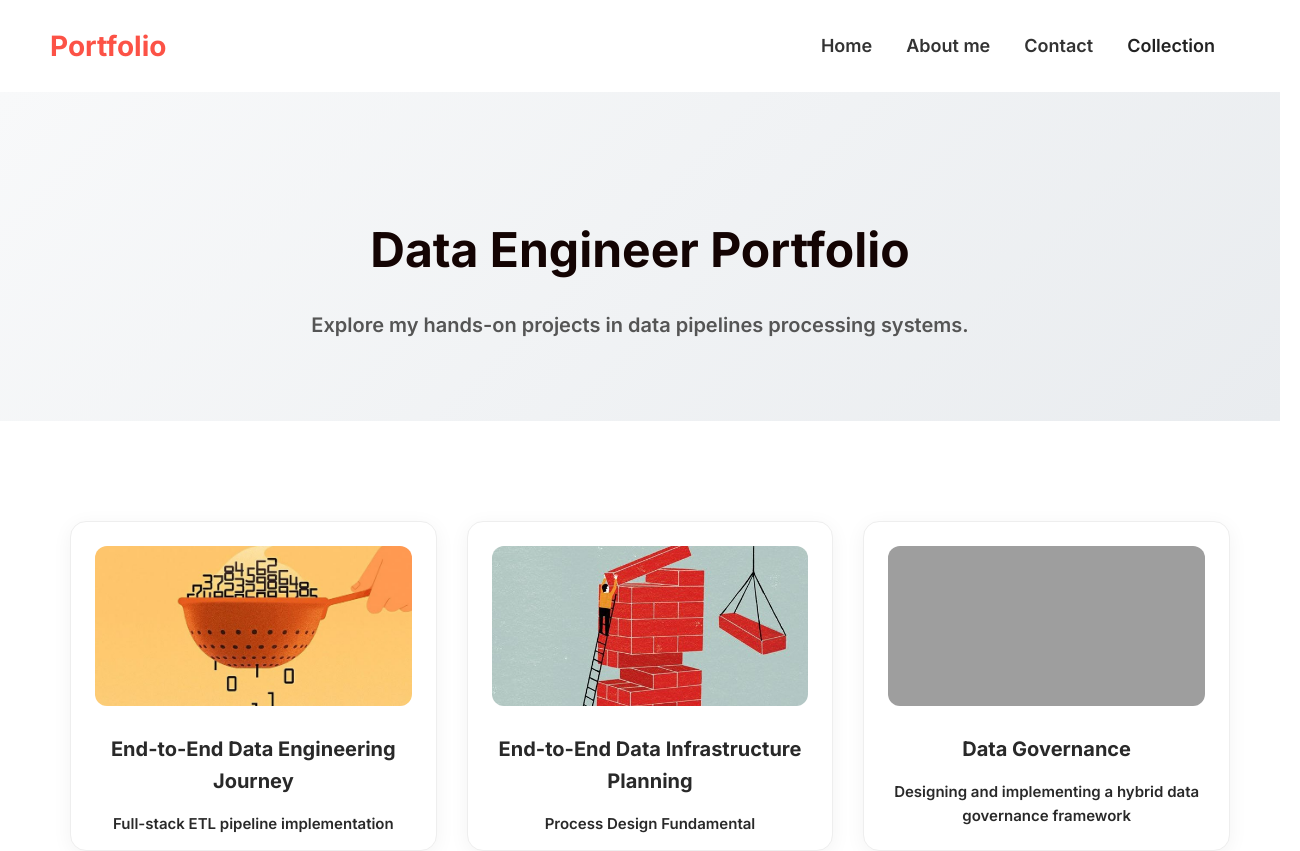
Repository: Wipas1919/Archive-portfolio
Page: projects/data-engineer.html
An editor plug-in stored every save of this project. The page is shown before and after a run of saves, followed by the edit.
The browser window is 1280 px wide. The page is 1300 px wide, so the pictures cover 1300 px, including what lies to the right of the window. The pictures show the whole page.
Pictures or frames that could not be fetched are drawn as grey boxes.

Above is the page before, as saved 2025-06-01 20:52:16.

After the next 2 saves:
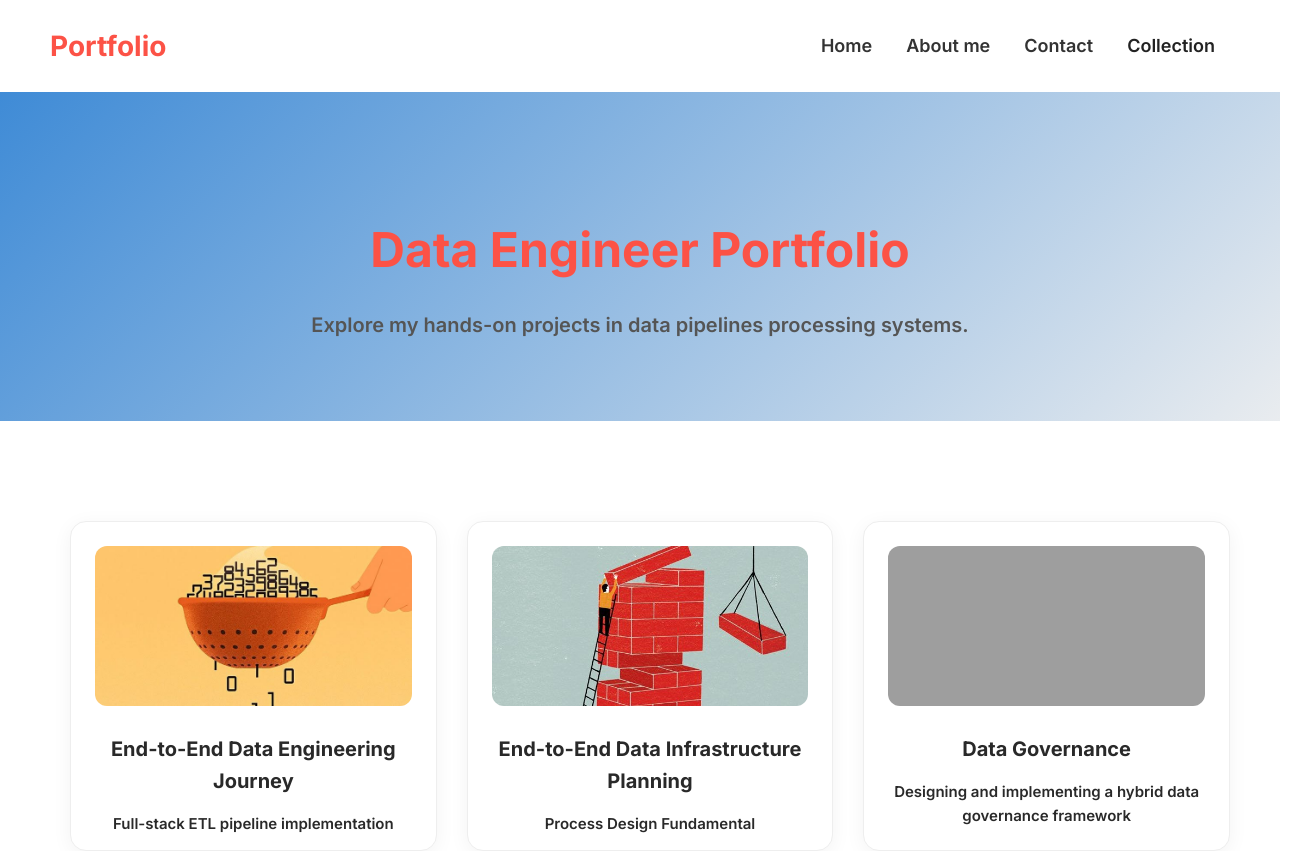
The 2 saves are shown as one change because they came seconds apart.
The last was saved 8 s later.
--- a/projects/data-engineer.html
+++ b/projects/data-engineer.html
@@ -12,13 +12,13 @@
       font-family: 'Inter', sans-serif;
     }
     .cover {
-      background: linear-gradient(135deg, #f8f9fa, #e9ecef);
+      background: linear-gradient(135deg, #3f8bd6, #e9ecef);
       padding: 80px 20px;
       text-align: center;
     }
     .cover h1 {
       font-size: 48px;
-      color: #140403;
+      color: #fc5246;
       margin-bottom: 20px;
     }
     .cover p {
